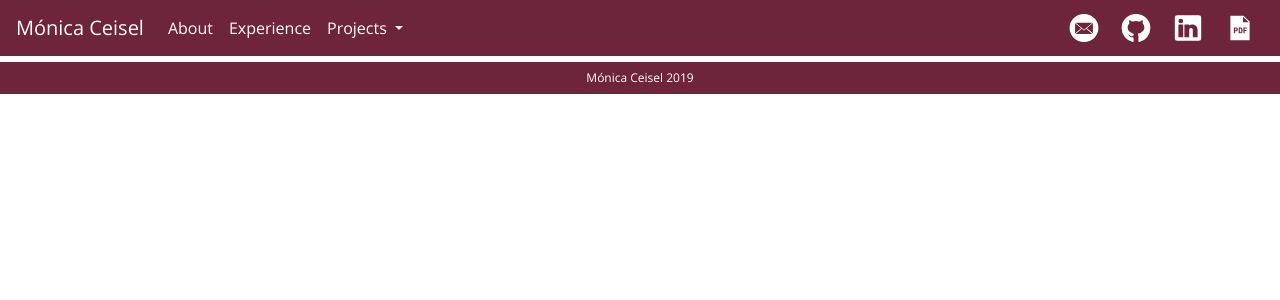
Repository: ceiselm/ceiselm.github.io
Page: subpages/coding.html
These files come from the project's save history. The page is drawn as it stood at one moment and after the next save; the edit follows.
The browser window is 1280 px wide. The pictures show the whole page.

Above is the page before, as saved 2019-07-12 08:32:59.
Console error: TypeError: $(...).slick is not a function

### subpages/coding.html
<!DOCTYPE html>
<html lang="en">

<head>
    <meta charset="utf-8">
    <meta http-equiv="X-UA-Compatible" content="IE=edge">
    <meta name="viewport" content="width=device-width, initial-scale=1">
    <title>M&oacute;nica Ceisel</title>
    <!-- Bootstrap -->
    <link href="../css/bootstrap-4.2.1.css" rel="stylesheet">
    <!-- slick -->
    <link rel="stylesheet" type="text/css" href="../slick/slick.css" />
    <!-- Add the new slick-theme.css if you want the default styling -->
    <link rel="stylesheet" type="text/css" href="../slick/slick-theme.css" />
    <!-- font -->
    <link href="https://fonts.googleapis.com/css?family=Open+Sans&display=swap" rel="stylesheet">
    <!-- overwrites -->
    <link href="../css/home.css" rel="stylesheet">
</head>

<body>
    <!-- site navigation component START -->
    <nav class="navbar navbar-expand-lg navbar-dark bg-dark">
        <a class="navbar-brand" href="../index.html">M&oacute;nica Ceisel</a>
        <button class="navbar-toggler" type="button" data-toggle="collapse" data-target="#navbarSupportedContent"
            aria-controls="navbarSupportedContent" aria-expanded="false" aria-label="Toggle navigation">
            <span class="navbar-toggler-icon"></span>
        </button>
        <div class="collapse navbar-collapse" id="navbarSupportedContent">
            <ul class="navbar-nav mr-auto">
                <li class="nav-item">
                    <a class="nav-link" href="#startAbout">About</a>
                </li>
                <li class="nav-item">
                    <a class="nav-link" href="#startExperience">Experience</a>
                </li>
                <li class="nav-item dropdown">
                    <a class="nav-link dropdown-toggle" href="#" id="navbarDropdown" role="button" data-toggle="dropdown"
                        aria-haspopup="true" aria-expanded="false">
                        Projects
                    </a>
                    <div class="dropdown-menu" aria-labelledby="navbarDropdown">
                        <a class="dropdown-item" href="./coding.html">Coding</a>
                        <div class="dropdown-divider"></div>
                        <a class="dropdown-item" href="./illustration.html">Illustration</a>
                        <a class="dropdown-item" href="./design.html">Design</a>
                        <a class="dropdown-item" href="./virtualreality.html">Virtual Reality</a>
                        <a class="dropdown-item" href="./videoandanimation.html">Video and Animation</a>
                    </div>
                </li>
            </ul>
        </div>
        <!--		HAVE ICONS APPEAR ON BOTTOM FOR RESPONSIVE!-->
        <div class="navabar navbar-collapse">
            <ul class="navbar-nav ml-auto">
                <li class="nav-item">
                    <a target="_blank" href="mailto:ceiselm@gmail.com"><img class="contact-icon" src="../images/social/mail.svg"
                            title="ceiselm@gmail.com" alt="mail"></a>
                    <a target="_blank" href="https://github.com/ceiselm"><img class="contact-icon" src="../images/social/github.svg"
                            title="ceiselm" alt="github"></a>
                    <a target="_blank" href="https://www.linkedin.com/in/monicaceisel/"><img class="contact-icon" src="../images/social/linkedin.svg"
                            title="monicaceisel" alt="linkedin"></a>
                    <!-- <a target="_blank" href="https://twitter.com/Momonimations"><img class="contact-icon" src="../images/social/twitter.svg" title="Momonimations" alt="twitter"></a> -->
                    <a target="_blank" href="https://drive.google.com/file/d/1gLH4KDahc__qDKYKObC0Y2ql2jHHTpc9/view?usp=sharing"><img
                            class="contact-icon" src="../images/social/pdf.svg" title="Resume" alt="resume"></a>
                </li>
            </ul>
        </div>
    </nav>
    <!-- site navigation component END -->
</main>
    <!-- footer START -->
    <div class="portion">
        <div class="footer">
            <div class="container h-100">
                <div class="row h-100 justify-content-center align-items-center footer-text">
                    <div class="col-12 text-center">
                        M&oacute;nica Ceisel 2019
                    </div>
                </div>
            </div>
        </div>
    </div>
    <!-- footer END -->
</body>
<!-- jQuery (necessary for Bootstrap's JavaScript plugins) -->
<script src="../js/jquery-3.3.1.min.js"></script>
<!-- Include all compiled plugins (below), or include individual files as needed -->
<script src="../js/popper.min.js"></script>
<script src="../js/bootstrap-4.2.1.js"></script>
<script src="../js/index.js"></script>

</html>

### css/home.css
@charset "utf-8";
/* CSS Document */

body {
  font-family: 'Open Sans', sans-serif;
}

main {
  padding-bottom: 2rem;
}

.footer {
  left: 0;
  bottom: 0;
  width: 100%;
  background-color: #6E243B;
  color: white;
  text-align: center;
  height: 2rem;
  position: relative;
  margin-top: -2rem;
  clear: both;
}

.footer-text {
  font-size: .75rem;
}

.contact-icon {
    height: 1.8em;
    width: 3em;

}

.contact-icon:hover {
    position: relative;
	opacity: .8;
}

.bg-dark {
  background-color: #6E243B !important;
}

.navbar-dark .navbar-nav .nav-link {
    color: rgba(255, 255, 255, 255);
}

h5 {
	color: #6E243B;
}

h5:hover, h5:link, h5:focus {
	color: #EDA200;
}

a {
	text-decoration: none !important;
	color: inherit;
}

a:hover, a:link, a:focus {
	color: inherit;
}

.image {
  position:relative;
  display: block;
  width: 100%;
  height: auto;
  opacity: 0.9;
  transition: 1s ease;
  -webkit-filter: grayscale(100%); /* Safari 6.0 - 9.0 */
  filter: grayscale(100%);
}

.overlay {
  position: relative;
  top: 0;
  bottom: 0;
  left: 0;
  right: 0;
  height: 100%;
  width: 100%;
  opacity: 0.8;
  background-color: #6E243B;
}

.col-md:hover .image {
  opacity: 1;
  -webkit-filter: grayscale(0%); /* Safari 6.0 - 9.0 */
  filter: grayscale(0%);
}

.col-md:hover .overlay {
  opacity: 0;
}


.text {
  color: white;
  font-size: 18pt;
  position: absolute;
  top: 50%;
  left: 50%;
  opacity: 1 !important;
  -webkit-transform: translate(-50%, -50%);
  -ms-transform: translate(-50%, -50%);
  transform: translate(-50%, -50%);
  text-align: center;
}


.slide-item {
  width: 100%;
}


.slick-prev:before {
  color: #6E243B;
}

.slick-next:before {
  color: #6E243B;
}

.slick-dots li.slick-active button::before {
  color: #6E243B;
}

.slick-dots li button::before {
  color: #6E243B;
}

.portion {
  padding-top: 3%;
}

.google-slides-container{
  position: relative;
  width: 100%;
  padding-top: 60%;
  overflow: hidden;
}

.google-slides-container iframe{
  position: absolute;
  top: 0;
  left: 0;
  width: 100%;
  height: 100%;
}

### js/index.js
$(document).ready(function(){
  $('.slides').slick({
    centerMode: true,
    centerPadding: '60px',
    slidesToShow: 1,
    slidesToScroll: 1,
    adaptiveHeight: true,
    dots: true,
    arrows: true,
    variableWidth: true,
    autoplay: true,
    autoplaySpeed: 2000,
    responsive: [
      {
        breakpoint: 768,
        settings: {
          arrows: false,
          centerMode: true,
          centerPadding: '40px',
          slidesToShow: 1
        }
      },
      {
        breakpoint: 480,
        settings: {
          arrows: false,
          centerMode: true,
          centerPadding: '40px',
          slidesToShow: 1
        }
      }
    ]

  });
});

Loaded but not shown: css/bootstrap-4.2.1.css (library); slick/slick.css (common file); slick/slick-theme.css (library); js/jquery-3.3.1.min.js (library); js/popper.min.js (library); js/bootstrap-4.2.1.js (library)

After the next save:
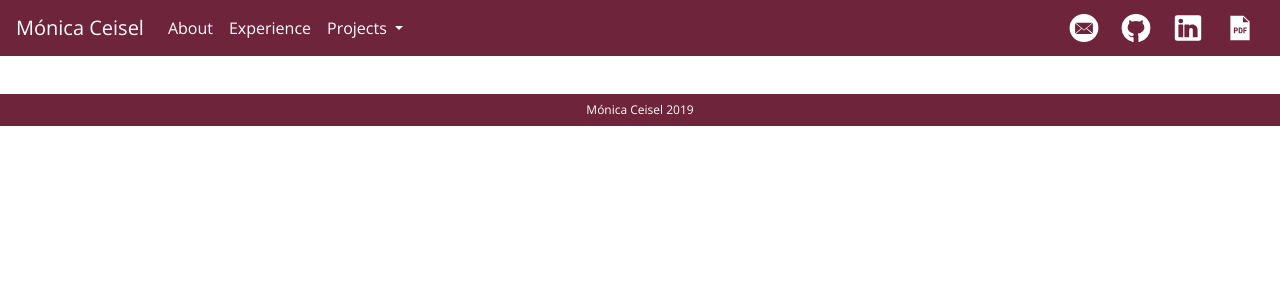
Saved 11 s later.
--- a/subpages/coding.html
+++ b/subpages/coding.html
@@ -19,6 +19,7 @@
 </head>
 
 <body>
+    <main>
     <!-- site navigation component START -->
     <nav class="navbar navbar-expand-lg navbar-dark bg-dark">
         <a class="navbar-brand" href="../index.html">M&oacute;nica Ceisel</a>
